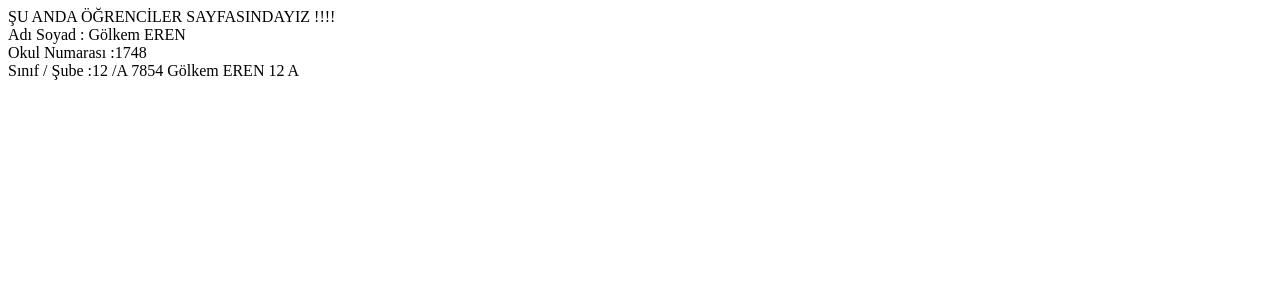
Repository: golkemeren/IleriJava101Java201Java301
Page: http://localhost/Displatcher_10/ogrenciler
These files come from the project's save history. The page is drawn as it stood at one moment and after the next save; the edit follows.
The browser window is 1280 px wide. The pictures show the whole page.
The page is served by Tomcat 10. Other server files are loaded and not shown.

Above is the page before, as saved 2023-03-23 01:56:14.

### Displatcher_10/src/main/webapp/jspUseBean/ogrenciler.jsp
<%@ page import="bean.pojo.Ogrenci" %>
<%@ page language="java" contentType="text/html; charset=UTF-8"
    pageEncoding="UTF-8"%>

<!DOCTYPE html>
<html>
<head>
<meta charset="UTF-8">



<title>Öğrenciler</title>
</head>
<body>

ŞU ANDA ÖĞRENCİLER SAYFASINDAYIZ !!!!

 <br>
 <% Ogrenci o = (Ogrenci)request.getAttribute("ogrenci"); %>
 <%=   "Adı Soyad : " + o.getAd() + " " + o.getSoyad()+ "<br>" %>
 <%=   "Okul Numarası :" + o.getNo() + "<br>"  %>
 <%=  " Sınıf / Şube :" + o.getSinif() + " /" +o.getSube() %>

<jsp:useBean id="ogrenci" class = "bean.pojo.Ogrenci" scope = "request"></jsp:useBean>


<jsp:setProperty property="no" name="ogrenci" value = "7854"/>


<jsp:getProperty property="no" name="ogrenci"/>
<jsp:getProperty property="ad" name="ogrenci"/>
<jsp:getProperty property="soyad" name="ogrenci"/>
<jsp:getProperty property="sinif" name="ogrenci"/>
<jsp:getProperty property="sube" name="ogrenci"/>
</body>

</html>

### Displatcher_10/src/main/java/bean/servlet/StartUp.java
package bean.servlet;

import java.io.IOException;

import bean.pojo.Ogrenci;
import jakarta.servlet.RequestDispatcher;
import jakarta.servlet.ServletException;
import jakarta.servlet.annotation.WebServlet;
import jakarta.servlet.http.HttpServlet;
import jakarta.servlet.http.HttpServletRequest;
import jakarta.servlet.http.HttpServletResponse;


@WebServlet (urlPatterns = {"/ogrenciler"})
public class StartUp extends HttpServlet {
 @Override
protected void doGet(HttpServletRequest req, HttpServletResponse resp) throws ServletException, IOException {

	// String bilgi = "ogrenciler servletinden geldim";
     //req.setAttribute("info", bilgi );

	 Ogrenci ogrenci = new Ogrenci("1748","Gölkem","EREN",12,'A');
	 req.setAttribute("ogrenci", ogrenci);

	 RequestDispatcher dispatcher = req.getRequestDispatcher("jspUseBean/ogrenciler.jsp");
    dispatcher.forward(req, resp);

 }

}

### Displatcher_10/src/main/java/bean/pojo/Ogrenci.java
package bean.pojo;

public class Ogrenci {
private String no;
private String ad;
private String soyad ;
private int sinif ;
private char sube ;

public Ogrenci() {


}


public Ogrenci(String no, String ad, String soyad, int sinif, char sube) {

	this.no = no;
	this.ad = ad;
	this.soyad = soyad;
	this.sinif = sinif;
	this.sube = sube;
}


public String getNo() {
	return no;
}
public void setNo(String no) {
	this.no = no;
}
public String getAd() {
	return ad;
}
public void setAd(String ad) {
	this.ad = ad;
}
public String getSoyad() {
	return soyad;
}
public void setSoyad(String soyad) {
	this.soyad = soyad;
}
public int getSinif() {
	return sinif;
}
public void setSinif(int sinif) {
	this.sinif = sinif;
}
public char getSube() {
	return sube;
}
public void setSube(char sube) {
	this.sube = sube;
}




}

After the next save:
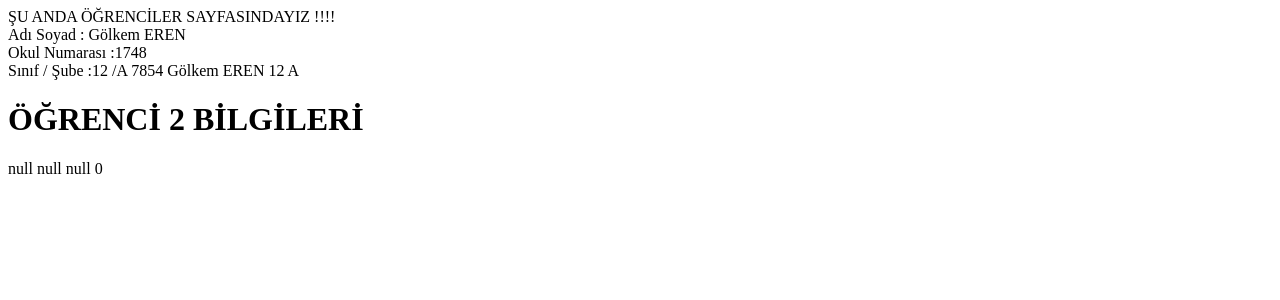
Saved 6 min 46 s later.
--- a/Displatcher_10/src/main/webapp/jspUseBean/ogrenciler.jsp
+++ b/Displatcher_10/src/main/webapp/jspUseBean/ogrenciler.jsp
@@ -23,15 +23,24 @@
 
 <jsp:useBean id="ogrenci" class = "bean.pojo.Ogrenci" scope = "request"></jsp:useBean>
 
-
 <jsp:setProperty property="no" name="ogrenci" value = "7854"/>
-
 
 <jsp:getProperty property="no" name="ogrenci"/>
 <jsp:getProperty property="ad" name="ogrenci"/>
 <jsp:getProperty property="soyad" name="ogrenci"/>
 <jsp:getProperty property="sinif" name="ogrenci"/>
 <jsp:getProperty property="sube" name="ogrenci"/>
+
+<h1>ÖĞRENCİ 2 BİLGİLERİ </h1>
+
+<jsp:useBean id="ogrenci2" class="bean.pojo.Ogrenci" scope= "request"></jsp:useBean>
+<jsp:getProperty property="no" name="ogrenci2"/>
+<jsp:getProperty property="ad" name="ogrenci2"/>
+<jsp:getProperty property="soyad" name="ogrenci2"/>
+<jsp:getProperty property="sinif" name="ogrenci2"/>
+<jsp:getProperty property="sube" name="ogrenci2"/>
+
+
 </body>
 
 </html>
